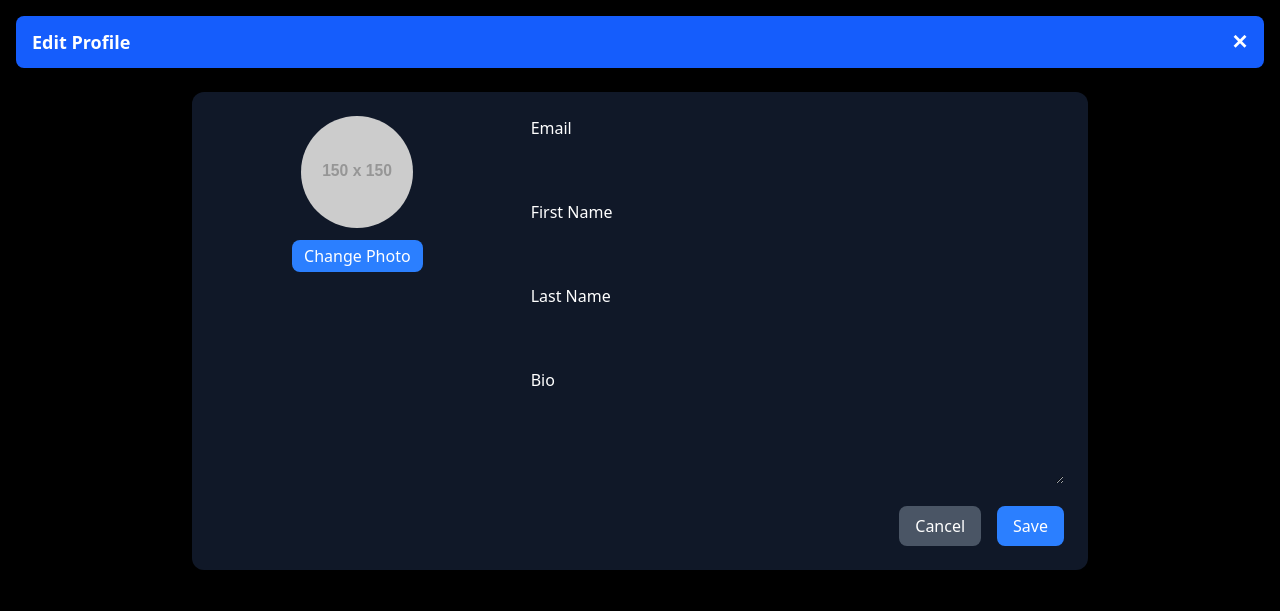
Repository: Tushal27/LinkdPlus-Frontend
Page: /Edit-Profile
An editor plug-in stored every save of this project. The page is shown before and after the next save, followed by the edit.
The browser window is 1280 px wide. The pictures show the whole page.
The page's requests for data from a server got no answer. The project was rebuilt for these pictures with package versions that can differ from the ones it lists, and the page was loaded fresh each time. No one was signed in, and anything a server would have sent is missing. Also part of the build but not shown: vite.config.js, src/pages/Login.jsx, src/pages/Register.jsx, src/pages/HomePage.jsx, src/pages/Profile.jsx, src/components/CommentsDrawer.jsx, src/pages/Posts.jsx. Imported but missing from the stored project, and not drawn on this page: src/components/PostCard, src/pages/Layout.

Above is the page before, as saved 2025-08-04 01:31:34.

After the next save:
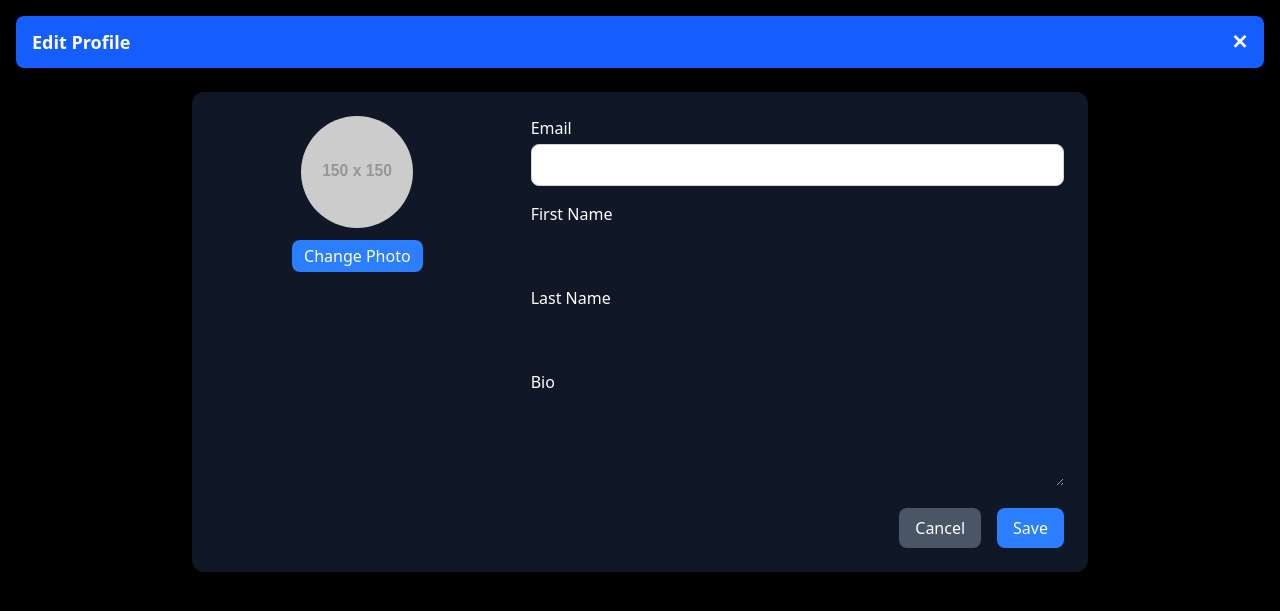
Saved 29 s later.
--- a/src/pages/EditProfile.jsx
+++ b/src/pages/EditProfile.jsx
@@ -105,11 +105,11 @@ const EditProfile = () => {
           <div>
             <label className="block mb-1">Email</label>
             <input
-              type="email"
-              name="email"
-              value={form.email}
-              onChange={handleChange}
-              className="w-full text-white p-2 rounded-lg"
+                type="email"
+                name="email"
+                value={form.email}
+                onChange={handleChange}
+                className="w-full p-2 rounded-lg bg-white text-black border border-gray-300 focus:border-blue-400 focus:ring-2 focus:ring-blue-300 outline-none"
             />
           </div>
           <div>
